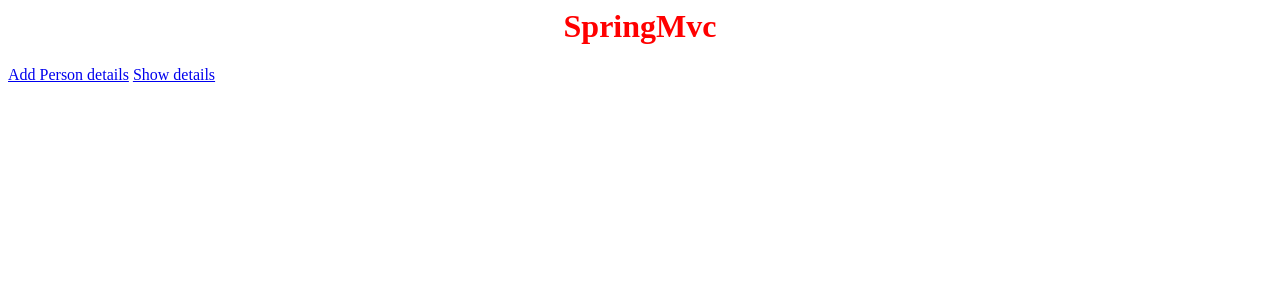
Repository: PradeepBala402/Pradeep
Page: http://localhost/MVC-Crud/
An editor plug-in stored every save of this project. The page is shown before and after the next save, followed by the edit.
The browser window is 1280 px wide. The pictures show the whole page.
The page is served by Tomcat 9. Other server files are loaded and not shown.

Above is the page before, as saved 2019-10-09 08:14:27.

### MVC-Crud/src/main/webapp/index.jsp
<h1><center style='color:red'>SpringMvc</center></h1>
<a href="mvc/createPerson">Add Person details</a>
<a href="mvc/listPersons">Show details</a>

After the next save:
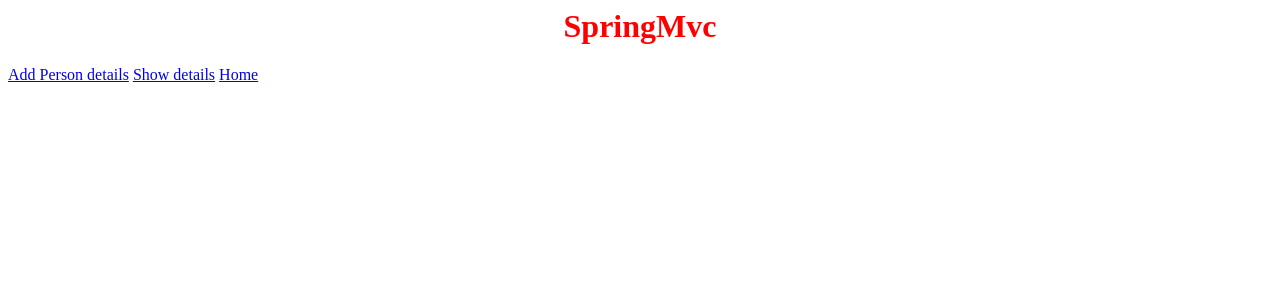
Saved 2 min 4 s later.
--- a/MVC-Crud/src/main/webapp/index.jsp
+++ b/MVC-Crud/src/main/webapp/index.jsp
@@ -1,3 +1,4 @@
 <h1><center style='color:red'>SpringMvc</center></h1>
 <a href="mvc/createPerson">Add Person details</a>
 <a href="mvc/listPersons">Show details</a>
+<a href="mvc/home">Home</a>
